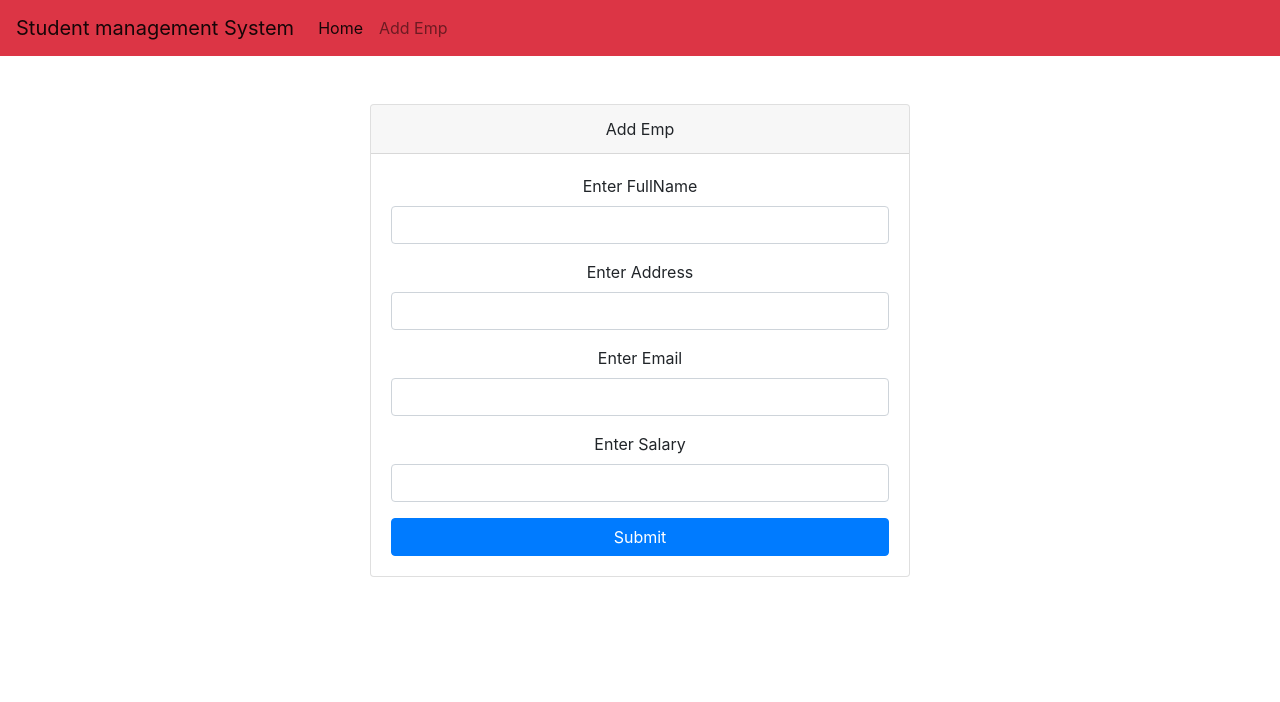
Repository: arindolghosh44/spring
Page: http://localhost/addEmp
These files come from the project's save history. The page is drawn as it stood at one moment and after the next save; the edit follows.
The browser window is 1280 px wide. The pictures show the whole page.
Some web libraries are served in a nearby version. The page is this project's Thymeleaf template; nobody is signed in. The template is opened directly, without the code that normally fills it, so the values that code supplies are empty.

Above is the page before, as saved 2024-01-20 04:31:25.

After the next save:
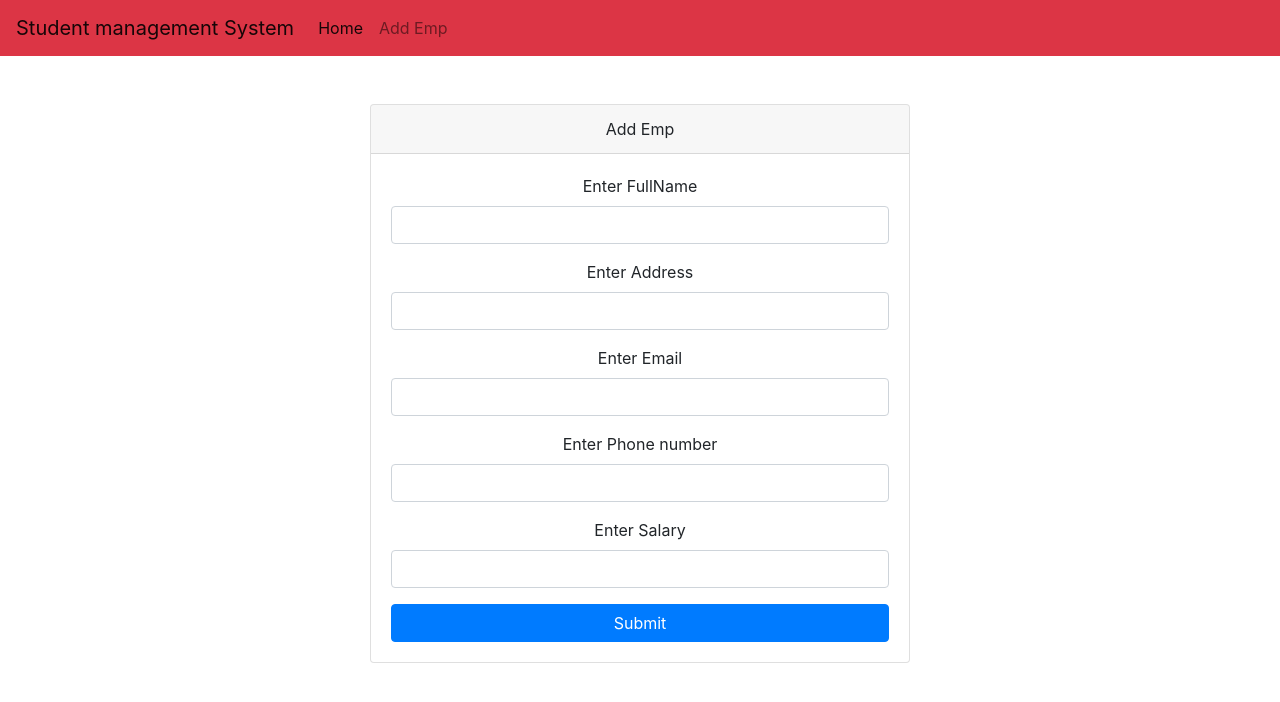
Saved 43 s later.
--- a/emp_management_System1-1/src/main/resources/templates/addEmp.html
+++ b/emp_management_System1-1/src/main/resources/templates/addEmp.html
@@ -79,7 +79,10 @@
 										name="emailAdd" class="form-control">
 								</div>
 
-
+<div class="mb-3">
+									<label>Enter Phone number</label> <input type="number"
+										name="number" class="form-control">
+								</div>
 
 								<div class="mb-3">
 									<label>Enter Salary</label> <input type="text"
